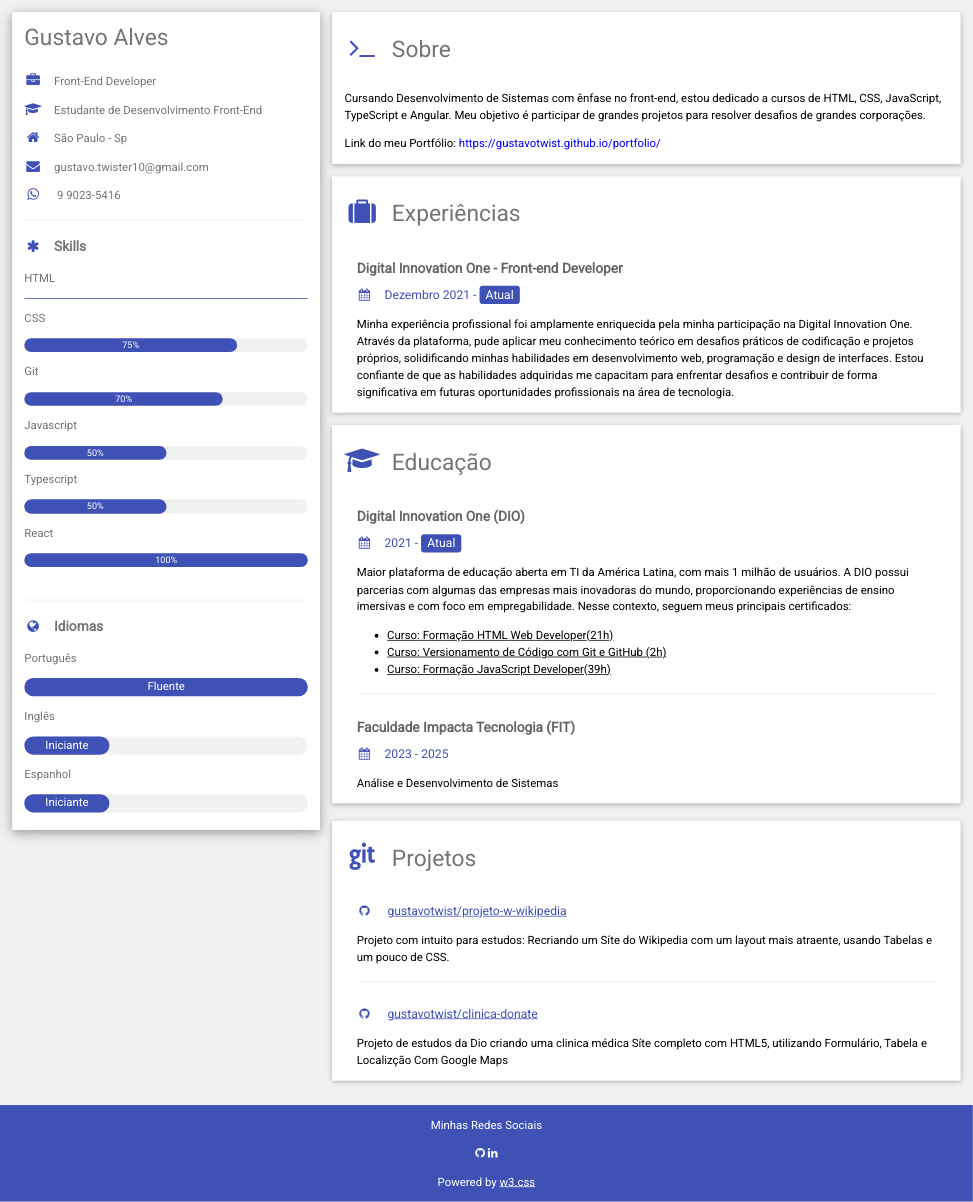
Repository: gustavotwist/cv
Page: index.html
The author's editor kept a copy of each file at every save. The page is drawn from the files as they stood at one save, then again after the next save.
The browser window is 1280 px wide. The pictures show the whole page, at 76% of full size.

Above is the page before, as saved 2025-03-09 11:07:21.

After the next save:
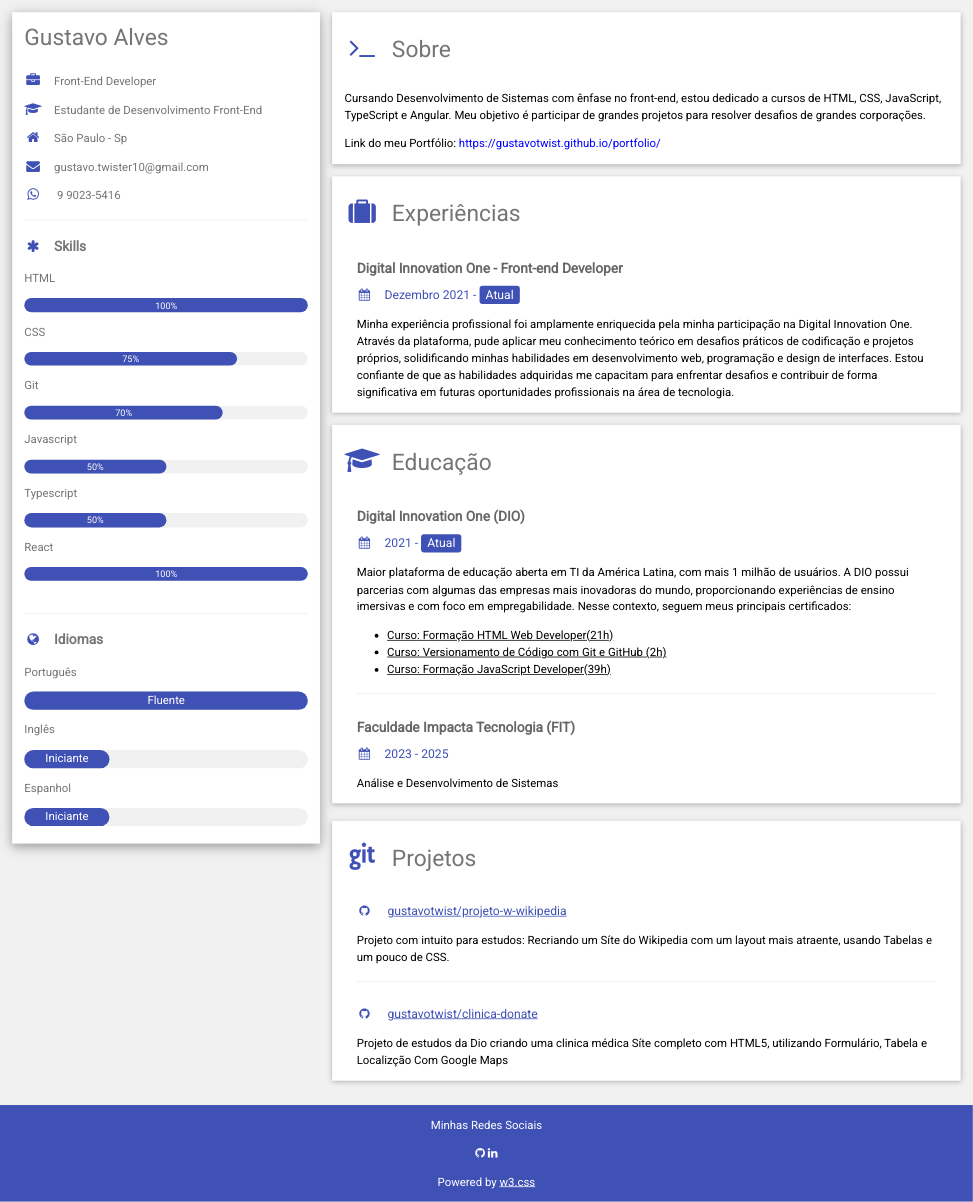
Saved 5 s later.
--- a/index.html
+++ b/index.html
@@ -48,7 +48,7 @@
               </p>
               <p>HTML</p>
               <div class="w3-light-grey w3-round-xlarge w3-small">
-                <div class="w3-container w3-center w3-round-xlarge w3-indigo" style="width:100%"></div>
+                <div class="w3-container w3-center w3-round-xlarge w3-indigo" style="width:100%">100%</div>
               </div>
               <p>CSS</p>
               <div class="w3-light-grey w3-round-xlarge w3-small">

After the save that followed:
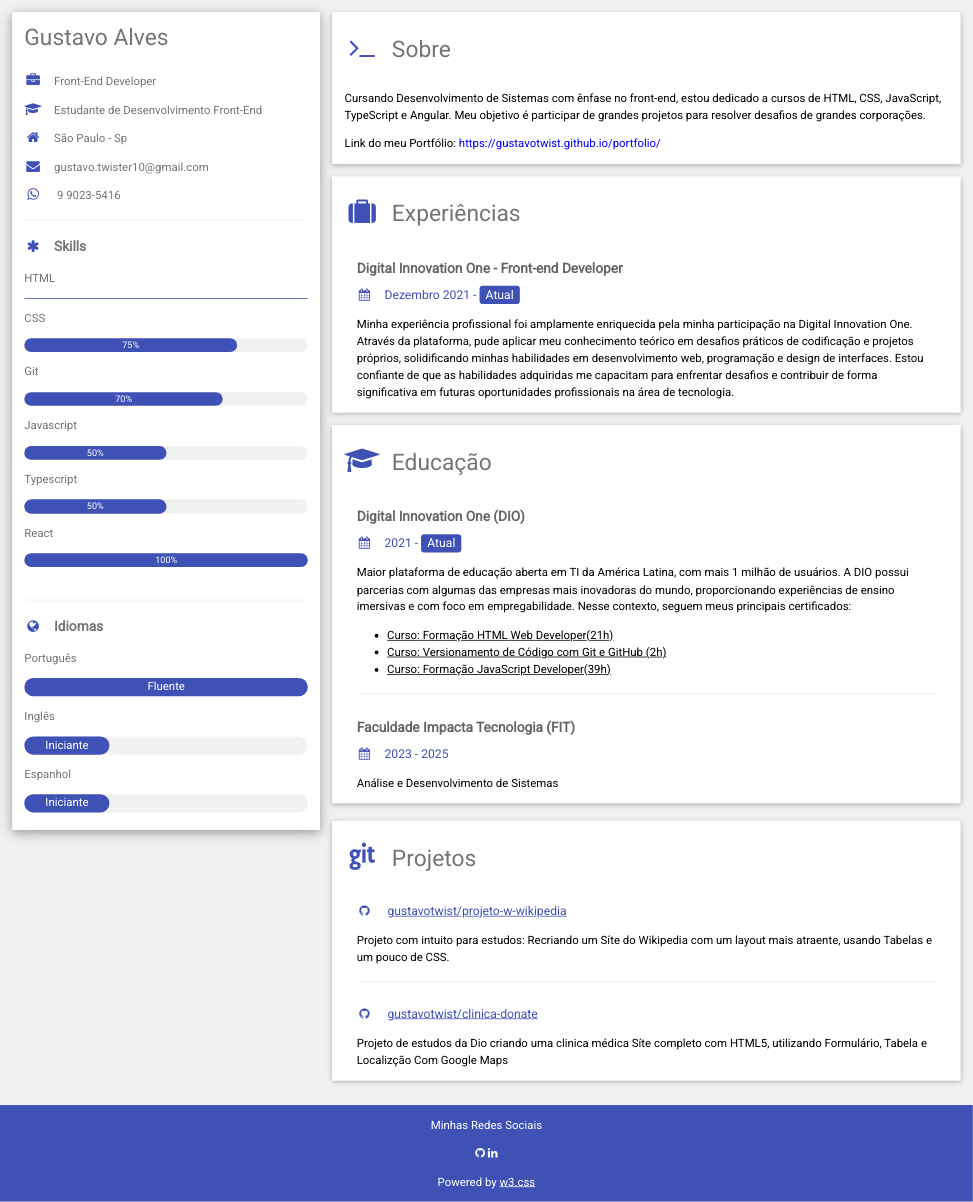
Saved 26 s later.
--- a/index.html
+++ b/index.html
@@ -48,7 +48,7 @@
               </p>
               <p>HTML</p>
               <div class="w3-light-grey w3-round-xlarge w3-small">
-                <div class="w3-container w3-center w3-round-xlarge w3-indigo" style="width:100%">100%</div>
+                <div class="w3-container w3-center w3-round-xlarge w3-indigo" style="width:100%"></div>
               </div>
               <p>CSS</p>
               <div class="w3-light-grey w3-round-xlarge w3-small">
